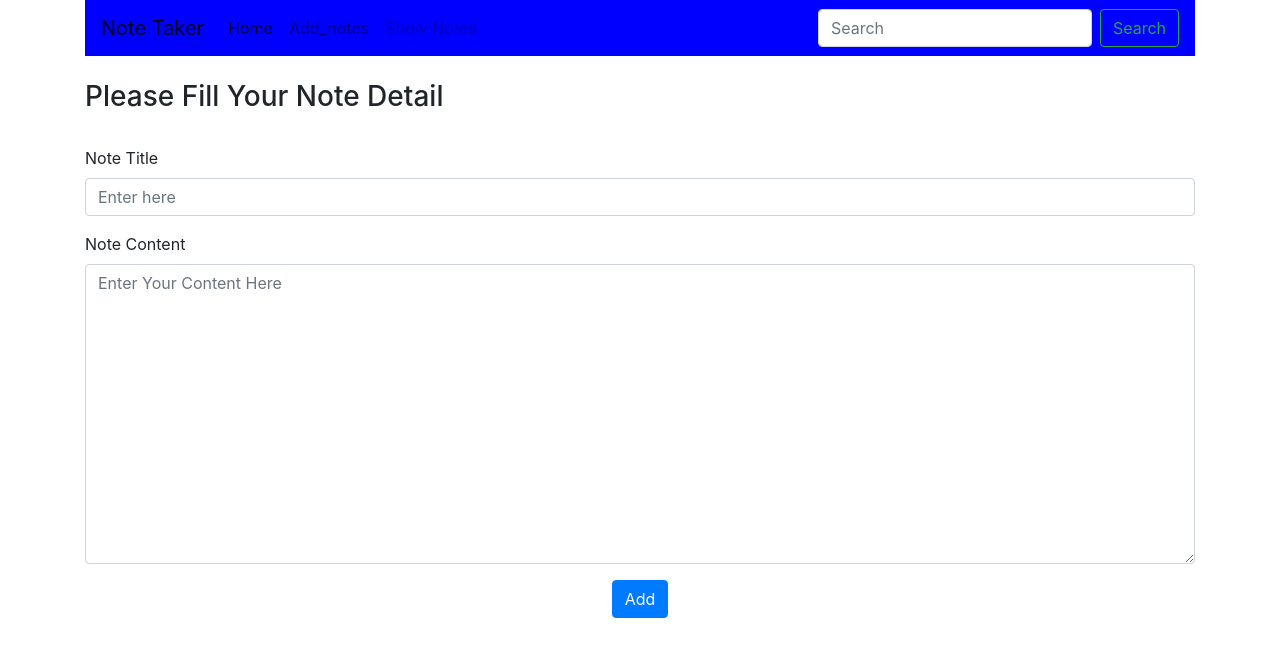
Repository: PratibhaMastud/index.jsp
Page: http://localhost/JavaWebApp/add_notes.jsp
These files come from the project's save history. The page is drawn as it stood at one moment and after the next save; the edit follows.
The browser window is 1280 px wide. The pictures show the whole page.
Some web libraries are served in a nearby version. The page is served by Tomcat 9. Other server files are loaded and not shown.

Above is the page before, as saved 2020-06-29 06:49:54.

### JavaWebApp/src/main/webapp/add_notes.jsp
<%@ page language="java" contentType="text/html; charset=ISO-8859-1"
    pageEncoding="ISO-8859-1"%>
<!DOCTYPE html>
<html>
<head>
<meta charset="ISO-8859-1">
<title>ADD NOTES</title>
	<%@include file="all_css_js.jsp"%>
</head>
<body>
<div class="container">
	<%@include file="navbar.jsp"%><br>
	<h3>Please Fill Your Note Detail</h3></br>

<!--this is add form  -->
<form action="SaveNoteServlet" method="post">

  <div class="form-group">
   	 <label for="title">Note Title</label>
   	 <input
   	 name="title"
     required
     type="text"
     class="form-control"
      id="title"
      aria-describedby="emailHelp"
     placeholder="Enter here" />
  </div>


  <div class="form-group">
    <label for="exampleInputPassword1">Note Content</label>
    <textarea
    	 name="content"
    	 required
    	 id="content"
    	  placeholder="Enter Your Content Here"
    	  class="form-control"
    	  style="height:300px"></textarea>
  </div>
  <div class="container text-center">
  	   <button type="submit" class="btn btn-primary">Add</button>
  </div>
</form>

</div>
</body>
</html>

### JavaWebApp/src/main/webapp/all_css_js.jsp
  <!-- Required meta tags -->

    <!-- Bootstrap CSS -->
    <link rel="stylesheet"
    href="https://maxcdn.bootstrapcdn.com/bootstrap/4.0.0/css/bootstrap.min.css"
    integrity="sha384-Gn5384xqQ1aoWXA+058RXPxPg6fy4IWvTNh0E263XmFcJlSAwiGgFAW/dAiS6JXm"
    crossorigin="anonymous">

	<link href="css/style.css" rel="stylesheet"/>

   <!-- Optional JavaScript -->
    <!-- jQuery first, then Popper.js, then Bootstrap JS -->
    <script src="https://code.jquery.com/jquery-3.2.1.slim.min.js"
     integrity="sha384-KJ3o2DKtIkvYIK3UENzmM7KCkRr/rE9/Qpg6aAZGJwFDMVNA/GpGFF93hXpG5KkN"
     crossorigin="anonymous"></script>
    <script src="https://cdnjs.cloudflare.com/ajax/libs/popper.js/1.12.9/umd/popper.min.js"
    integrity="sha384-ApNbgh9B+Y1QKtv3Rn7W3mgPxhU9K/ScQsAP7hUibX39j7fakFPskvXusvfa0b4Q"
    crossorigin="anonymous"></script>
    <script src="https://maxcdn.bootstrapcdn.com/bootstrap/4.0.0/js/bootstrap.min.js"
    integrity="sha384-JZR6Spejh4U02d8jOt6vLEHfe/JQGiRRSQQxSfFWpi1MquVdAyjUar5+76PVCmYl"
    crossorigin="anonymous"></script>

### JavaWebApp/src/main/webapp/navbar.jsp
<nav class="navbar navbar-expand-lg navbar-light" style="background :#0000ff">
  <a class="navbar-brand" href="#">Note Taker</a>
  <button class="navbar-toggler" type="button" data-toggle="collapse" data-target="#navbarSupportedContent" aria-controls="navbarSupportedContent" aria-expanded="false" aria-label="Toggle navigation">
    <span class="navbar-toggler-icon"></span>
  </button>

  <div class="collapse navbar-collapse" id="navbarSupportedContent">
    <ul class="navbar-nav mr-auto">
      <li class="nav-item active">
        <a class="nav-link" href="index.jsp">Home<span class="sr-only">(current)</span></a>
      </li>
      <li class="nav-item">
        <a class="nav-link" href="add_notes.jsp">Add_notes</a>
      </li>

      <li class="nav-item">
        <a class="nav-link disabled" href="all_notes.jsp">Show Notes</a>
      </li>
    </ul>
    <form class="form-inline my-2 my-lg-0">
      <input class="form-control mr-sm-2" type="search" placeholder="Search" aria-label="Search">
      <button class="btn btn-outline-success my-2 my-sm-0" type="submit">Search</button>
    </form>
  </div>
</nav>

### JavaWebApp/src/main/webapp/css/style.css
.purple{
	background :#0000ff;
}

After the next save:
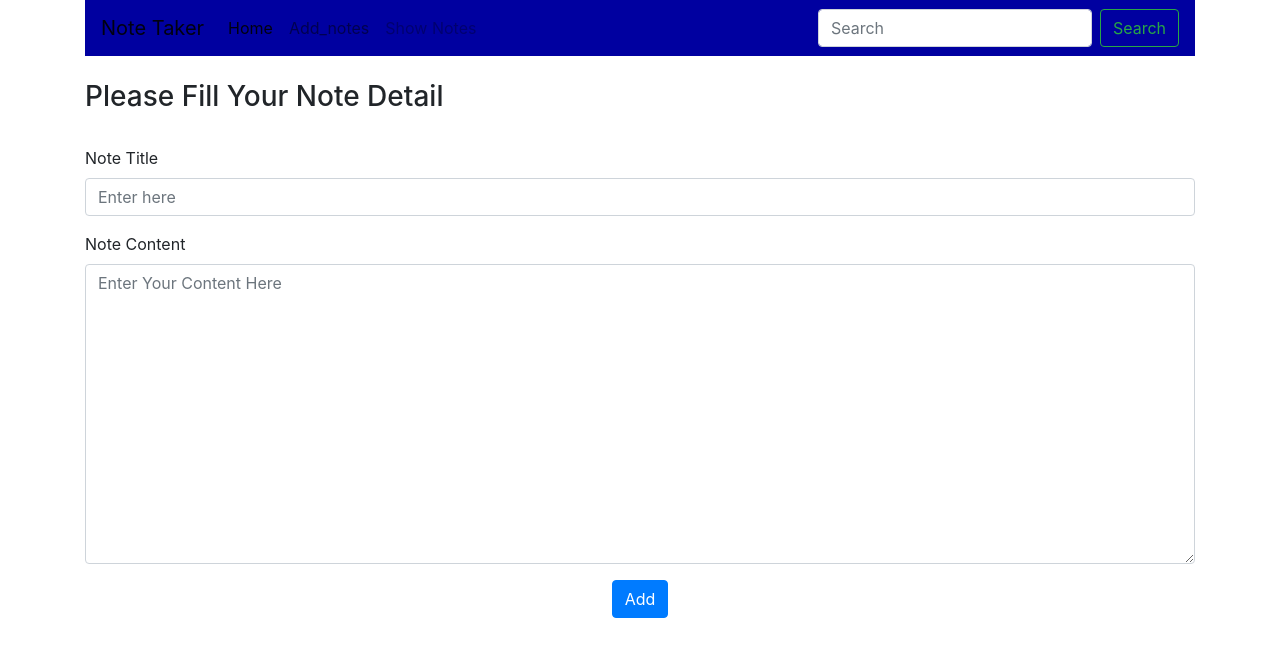
Saved 110 s later.
--- a/JavaWebApp/src/main/webapp/navbar.jsp
+++ b/JavaWebApp/src/main/webapp/navbar.jsp
@@ -1,4 +1,4 @@
-<nav class="navbar navbar-expand-lg navbar-light" style="background :#0000ff">
+<nav class="navbar navbar-expand-lg navbar-light" style="background :#0000a0">
   <a class="navbar-brand" href="#">Note Taker</a>
   <button class="navbar-toggler" type="button" data-toggle="collapse" data-target="#navbarSupportedContent" aria-controls="navbarSupportedContent" aria-expanded="false" aria-label="Toggle navigation">
     <span class="navbar-toggler-icon"></span>
